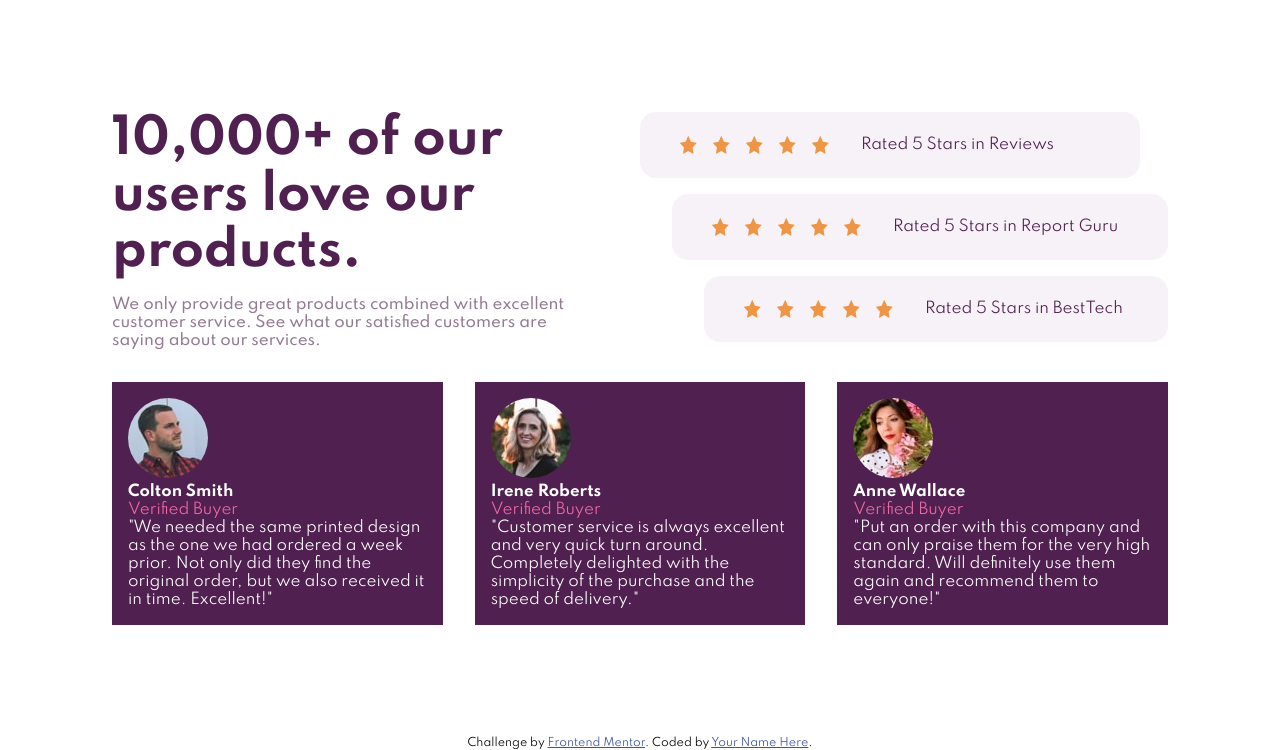
Repository: Pedrohamoura-Git/Frontend-Mentor-Challenges
Page: Newbie/social-proof-section-master/index.html
These files come from the project's save history. The page is drawn as it stood at one moment and after the next save; the edit follows.
The browser window is 1280 px wide. The pictures show the whole page.

Above is the page before, as saved 2021-05-30 12:32:27.

### Newbie/social-proof-section-master/index.html
<!DOCTYPE html>
<html lang="en">
  <head>
    <meta charset="UTF-8" />
    <meta name="viewport" content="width=device-width, initial-scale=1.0" />
    <!-- displays site properly based on user's device -->

    <link
      rel="icon"
      type="image/png"
      sizes="32x32"
      href="./images/favicon-32x32.png"
    />

    <link rel="stylesheet" href="css/style.css">

    <title>Frontend Mentor | Social proof section</title>

    <!-- Feel free to remove these styles or customise in your own stylesheet 👍 -->
    <style>
      .attribution {
        font-size: 11px;
        text-align: center;
      }
      .attribution a {
        color: hsl(228, 45%, 44%);
      }
    </style>
  </head>

  <body>
    <div id="wrapper">
      <!-- Start header -->
      <header>
        <div id="title">
          <h1>10,000+ of our users love our products.</h1>

          <p>We only provide great products combined with excellent customer service. See what our satisfied customers are saying about our services.</p>
        </div>

        <!-- Start ratings -->
        <aside id="ratings">

          <!-- Start section-a -->
          <div id="section-a">
            <img src="images/icon-star.svg" alt="Rating-a">
            <img src="images/icon-star.svg" alt="Rating-a">
            <img src="images/icon-star.svg" alt="Rating-a">
            <img src="images/icon-star.svg" alt="Rating-a">
            <img src="images/icon-star.svg" alt="Rating-a">
            <p>Rated 5 Stars in Reviews</p>
          </div>
          <!-- /End section-a  -->

          <!-- Start section-b  -->
          <div id="section-b">
            <img src="images/icon-star.svg" alt="Rating-b">
            <img src="images/icon-star.svg" alt="Rating-b">
            <img src="images/icon-star.svg" alt="Rating-b">
            <img src="images/icon-star.svg" alt="Rating-b">
            <img src="images/icon-star.svg" alt="Rating-b">
            <p>Rated 5 Stars in Report Guru</p>
          </div>
          <!-- /End section-b  -->

          <!-- Start section-c  -->
            <div id="section-c">
              <img src="images/icon-star.svg" alt="Rating-c">
              <img src="images/icon-star.svg" alt="Rating-c">
              <img src="images/icon-star.svg" alt="Rating-c">
              <img src="images/icon-star.svg" alt="Rating-c">
              <img src="images/icon-star.svg" alt="Rating-c">
              <p>Rated 5 Stars in BestTech</p>
            </div>
          <!-- /End section-c  -->
          </aside>

      </header>
      <!-- End header -->

      <!-- Start reviews  -->
      <div id="reviews">

        <!-- Start section-d  -->
        <div id="section-d">
          <img src="images/image-colton.jpg" alt="Colton's picture">
          <h4 class="name">Colton Smith</h4>
          <p class="verified">Verified Buyer</h4>
          <p>
            "We needed the same printed design as the one we had ordered a week prior.
            Not only did they find the original order, but we also received it in time.
            Excellent!"
          </p>
        </div>
        <!-- /End section-d -->

        <!-- Start section-e  -->
        <div id="section-e">
          <img src="images/image-irene.jpg" alt="Irene's picture">
          <h4 class="name">Irene Roberts </h4>
          <p class="verified">Verified Buyer</h4>
          <p>
            "Customer service is always excellent and very quick turn around. Completely
            delighted with the simplicity of the purchase and the speed of delivery."
          </p>
        </div>
        <!-- /End section-e -->

        <!-- Start section-f -->
        <div id="section-f">
          <img src="images/image-anne.jpg" alt="Anne's picture">
          <h4 class="name">Anne Wallace</h4>
          <p class="verified">Verified Buyer</h4>
          <p class="commentary">
            "Put an order with this company and can only praise them for the very high
            standard. Will definitely use them again and recommend them to everyone!"
          </p>
        </div>
      </div>
      <!-- /End section-f  -->

    </div>
    <!-- End Reviews  -->

    <div class="attribution">
      Challenge by
      <a href="https://www.frontendmentor.io?ref=challenge" target="_blank"
        >Frontend Mentor</a
      >. Coded by <a href="#">Your Name Here</a>.
    </div>
  </body>
</html>

### Newbie/social-proof-section-master/css/style.css
/*
** Core Formatting
*/
    @import url('https://fonts.googleapis.com/css2?family=Spartan:wght@400;500;700&display=swap');

    * {
        box-sizing: border-box;
        margin: 0;
        padding: 0;
    }

    body {
        font-family: Spartan;
        font-size: 15px;

        /* font-weight:  700; */
    }


/*
** Common Formatting
*/

    #wrapper {
        padding: 7rem;

    }

    header h1 {
        color: hsl(300, 43%, 22%);
    }

    header p {
        color: hsl(303, 10%, 53%);
    }


    #ratings #section-a, #section-b, #section-c {
        background-color: hsl(300, 24%, 96%);
        /* text-align: center; */
    }

    #ratings p {
        color: hsl(300, 43%, 22%);
    }


    #reviews #section-d, #section-e, #section-f {
        background-color: hsl(300, 43%, 22%);
        color: white;
    }

    #reviews img {
        border-radius: 5rem;
    }

    #reviews p.verified {
        color:hsl(333, 80%, 67%);
    }


    /*
    ** Header - Title
    */
        header {
            display: grid;
            grid-template-columns: repeat(2, 1fr);

            /* background-color: green; */
        }

        header #title {
            max-width: 480px;

            /* border: 1px solid green; */
        }

        header #title h1 {
            font-size: 3rem;
            margin-bottom: 1rem;
        }

        header #title p {
            font-weight: 500;
        }

        /*
        ** Header - Ratings
        */
            #ratings {
                /* border: 1px solid red; */
            }

            #section-a, #section-b, #section-c {
                border-radius: 1rem;
                max-width: 500px;
                padding: 1.5rem;

                /* background-color: red; */
            }

            #section-a, #section-b, #section-c  {
                display: flex;
                flex-wrap: wrap;

            }

            #section-a img, #section-b img, #section-c img {
                margin-left: 1rem;
            }

            #section-a p, #section-b p, #section-c p {
                margin-left: 2rem;
                margin-bottom: 0rem;
            }

            /*
            ** Header - Ratings - Section-b
            */
                #section-b {
                    margin-left: 2rem;
                    margin-top: 1rem;
                }


            /*
            ** Header - Ratings - Section-c
            */
                #section-c {
                    margin-left: 4rem;
                    margin-top: 1rem;
                }

    /*
    ** Reviews
    */
        #reviews {
            display: grid;
            grid-template-columns: repeat(3, 1fr);
            column-gap: 2rem;
        }

        #section-d, #section-e, #section-f {
            margin-top: 2rem;
            padding: 1rem;

        }

After the next save:
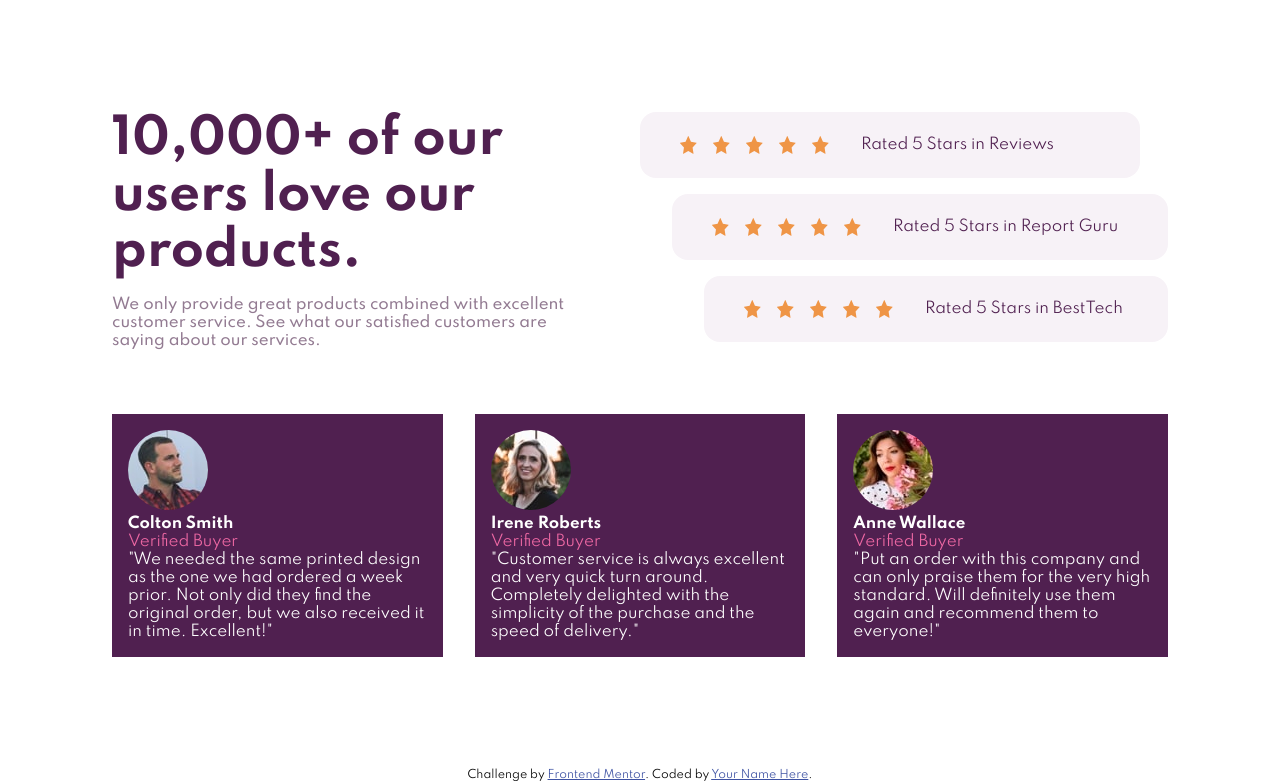
Saved 9 s later.
--- a/Newbie/social-proof-section-master/css/style.css
+++ b/Newbie/social-proof-section-master/css/style.css
@@ -141,7 +141,7 @@
         }
 
         #section-d, #section-e, #section-f {
-            margin-top: 2rem;
+            margin-top: 4rem;
             padding: 1rem;
 
         }
